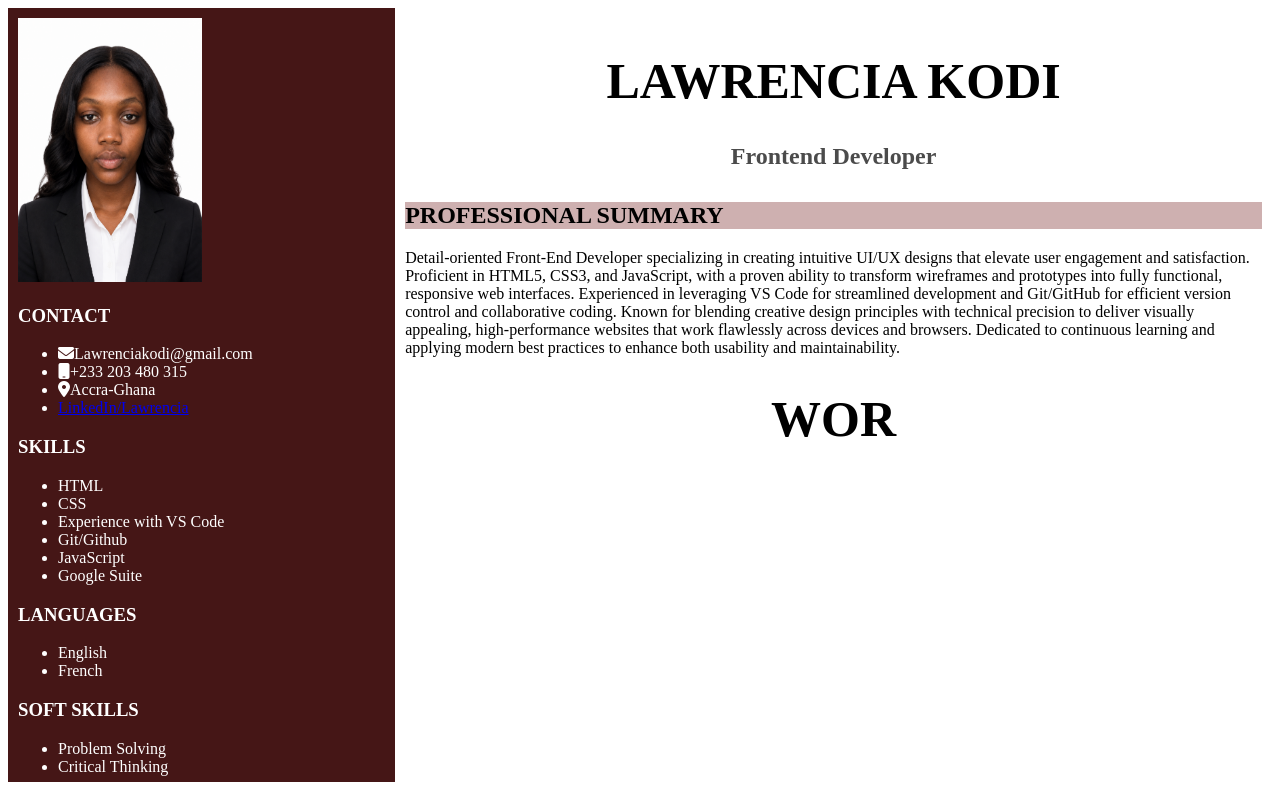
Repository: lawrencia-coder/T4G_CV
Page: index.html
These files come from the project's save history. The page is drawn as it stood at one moment and after a run of saves; the edit follows.
The browser window is 1280 px wide. The pictures show the whole page.
Some icons come from a web library that is not loaded, so they are not drawn. Some web libraries are served in a nearby version.

Above is the page before, as saved 2026-07-14 08:11:07.

After the next 2 saves:
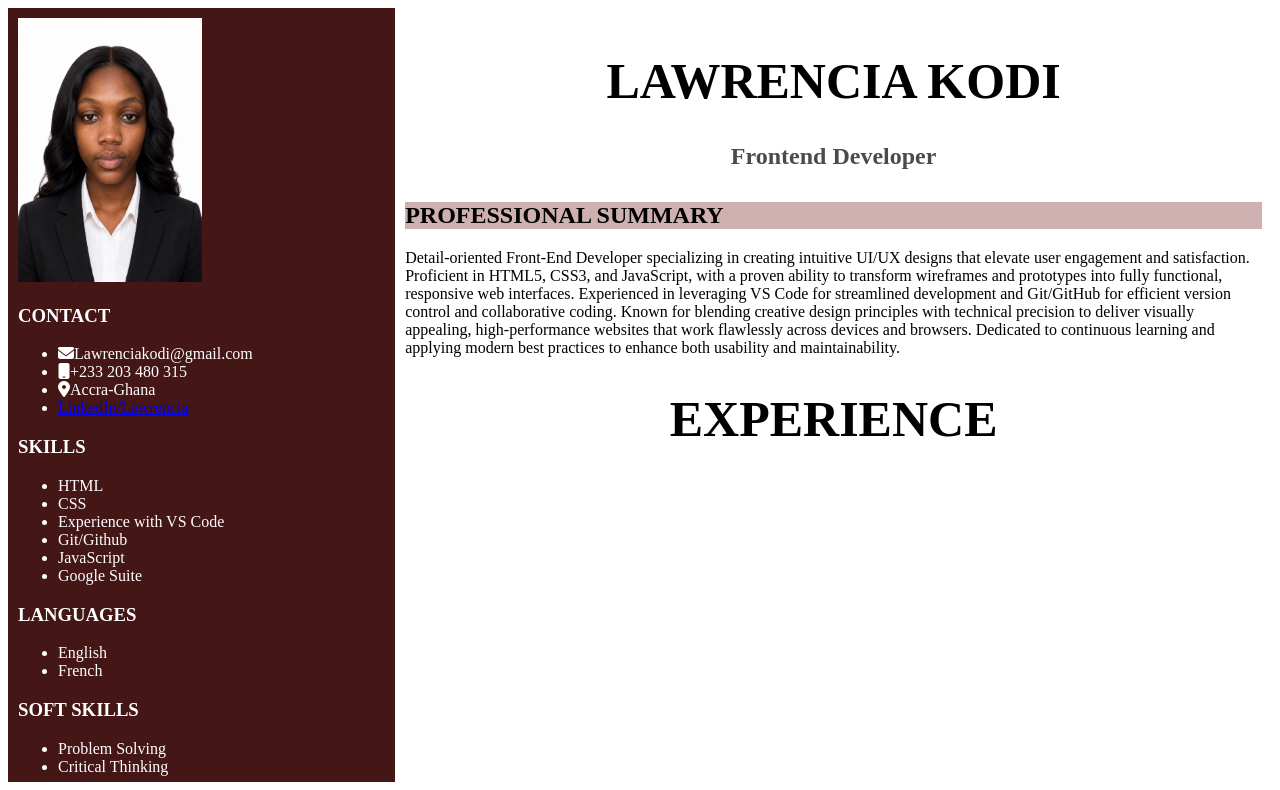
The 2 saves are shown as one change because they came seconds apart.
The last was saved 9 s later.
--- a/index.html
+++ b/index.html
@@ -61,7 +61,8 @@
                  Dedicated to continuous learning and applying modern best practices to enhance both usability and maintainability.
                 </p>
 
-                <h1>WOR</h1>
+                <h1>EXPERIENCE</h1>
+
          </div>
     </div>
 
